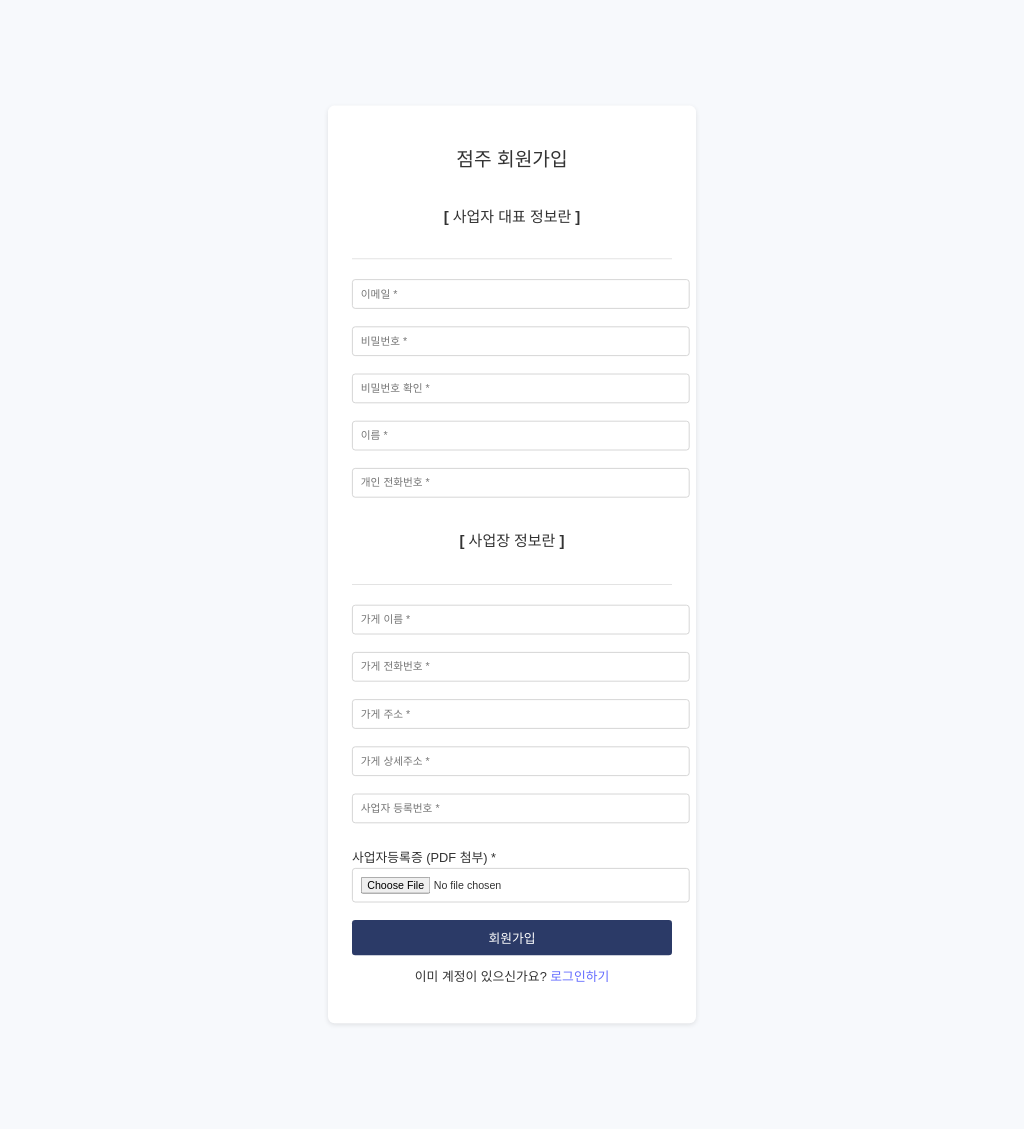
Repository: noiredex/Choplan-API
Page: /signup (app in choplan/frontend_owner/)
An editor plug-in stored every save of this project. The page is shown before and after the next save, followed by the edit.
The browser window is 1280 px wide. The pictures show the whole page, at 80% of full size.
The page's requests for data from a server got no answer. The project was rebuilt for these pictures with package versions that can differ from the ones it lists, and the page was loaded fresh each time. No one was signed in, and anything a server would have sent is missing. Also part of the build but not shown: choplan/frontend_owner/vite.config.js, choplan/frontend_owner/src/hooks/useAuth.js, choplan/frontend_owner/src/api/axiosInstance.js, choplan/frontend_owner/src/api/ownerApi.js, choplan/frontend_owner/src/pages/LoginPage.jsx, choplan/frontend_owner/src/components/Navbar.jsx, choplan/frontend_owner/src/components/Sidebar.jsx, choplan/frontend_owner/src/components/LoadingSpinner.jsx and 2 more.

Above is the page before, as saved 2025-10-16 16:15:51.

After the next save:
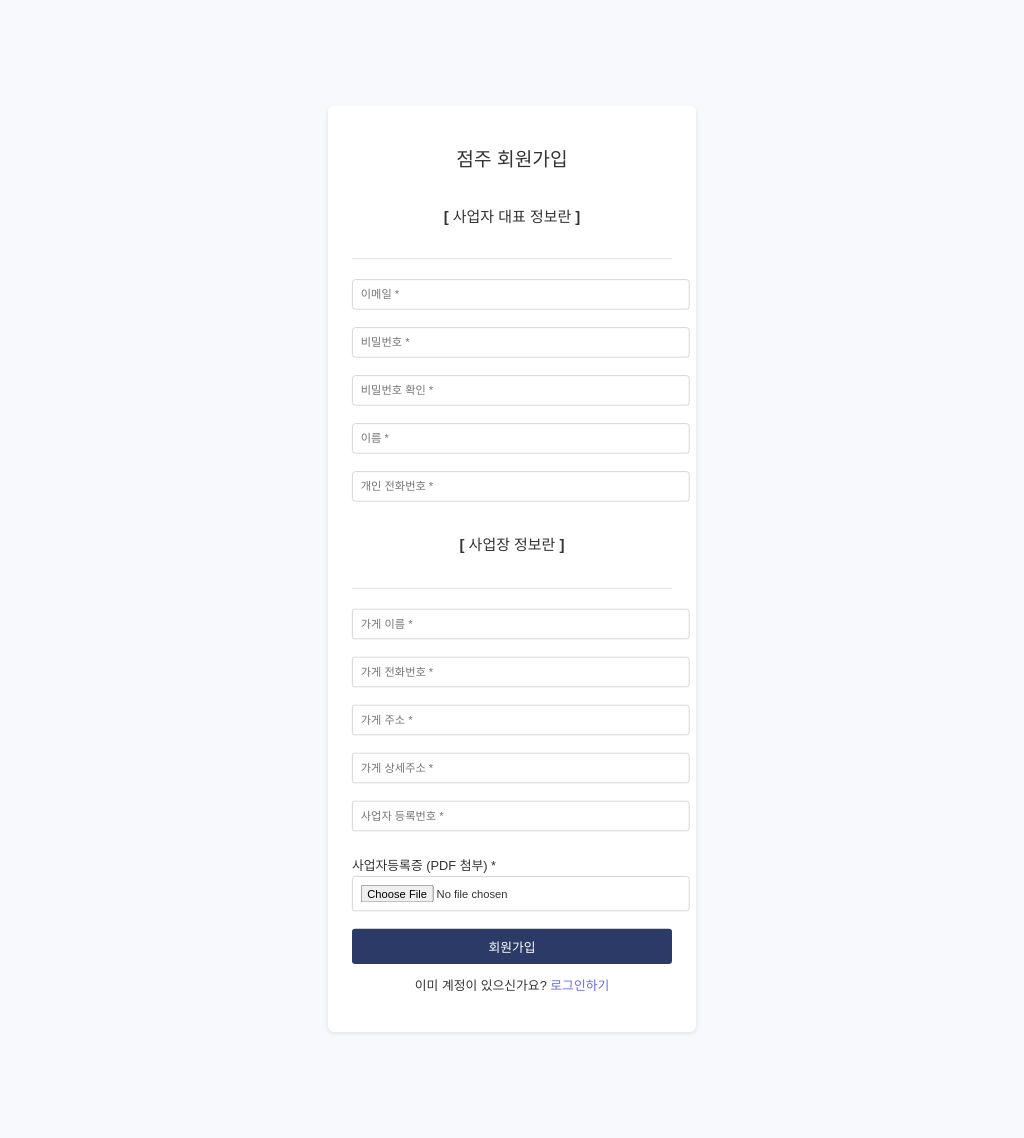
Saved 10 s later.
--- a/choplan/frontend_owner/src/pages/SignupPage.css
+++ b/choplan/frontend_owner/src/pages/SignupPage.css
@@ -15,6 +15,7 @@
   padding: 10px;
   border: 1px solid #ccc;
   border-radius: 6px;
+  font-size: 14px;
 }
 
 .file-label {
@@ -33,8 +34,8 @@
   color: #d9534f;
   font-size: 13px;
   text-align: left;
-  margin-top: -8px;
-  margin-bottom: 6px;
+  margin-top: -6px;
+  margin-bottom: 4px;
 }
 
 .success {
